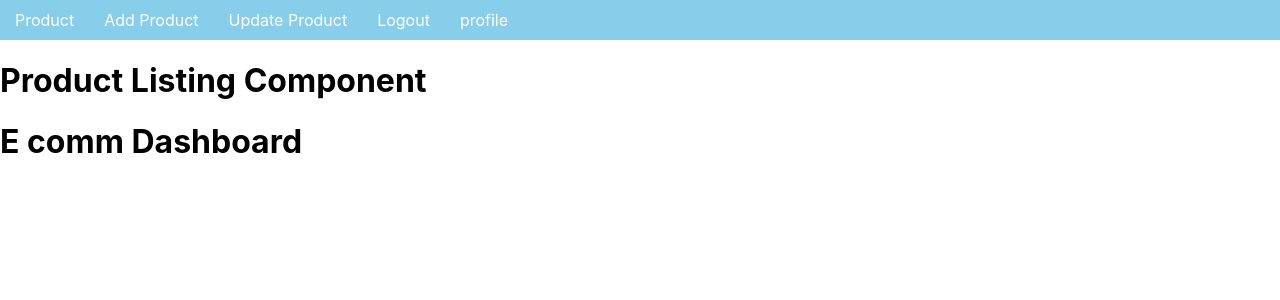
Repository: ShahbazGurmani/react-code-e-dashboard
Page: /
An editor plug-in stored every save of this project. The page is shown before and after the next save, followed by the edit.
The browser window is 1280 px wide. The pictures show the whole page.
The project was rebuilt for these pictures with package versions that can differ from the ones it lists, and the page was loaded fresh each time.

Above is the page before, as saved 2023-08-23 21:47:23.

After the next save:
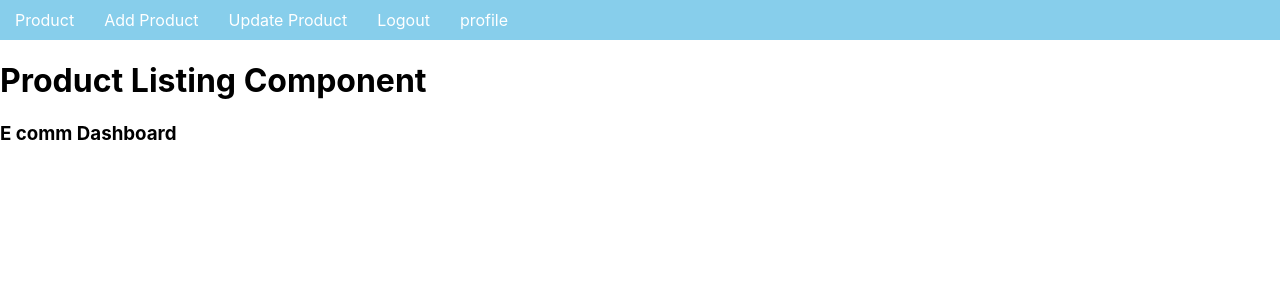
Saved 27 s later.
--- a/src/components/Footer.js
+++ b/src/components/Footer.js
@@ -5,7 +5,7 @@ const Footer =()=>
 
     return(
         <div>
-            <h1>E comm Dashboard </h1>
+            <h3>E comm Dashboard </h3>
         </div>
     )
 }
